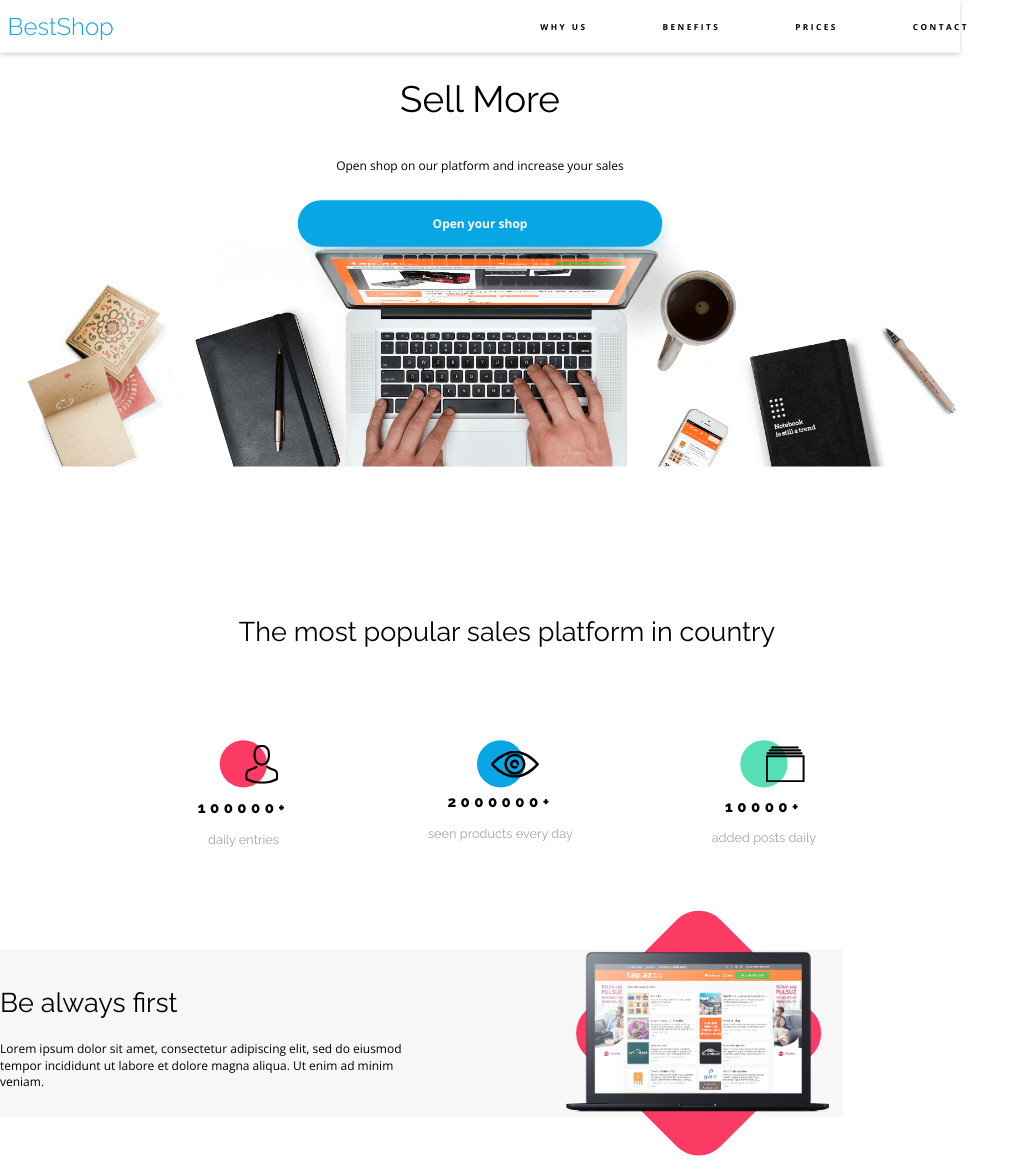
Repository: Widzisz/bestshop-website
Page: index.html
These files come from the project's save history. The page is drawn as it stood at one moment and after the next save; the edit follows.
The browser window is 1280 px wide. The page is 1352 px wide, so the pictures cover 1352 px, including what lies to the right of the window. The pictures show the whole page, at 75% of full size.

Above is the page before, as saved 2021-03-19 20:51:35.

### index.html
<!DOCTYPE html>
<html lang="en">

<head>
  <meta charset="UTF-8">
  <meta http-equiv="X-UA-Compatible" content="IE=edge">
  <meta name="viewport" content="width=device-width, initial-scale=1.0">
  <link rel="preconnect" href="https://fonts.gstatic.com">
  <link
    href="https://fonts.googleapis.com/css2?family=Open+Sans:ital,wght@0,300;0,400;0,600;0,700;0,800;1,300;1,400;1,600;1,700;1,800&family=Raleway:ital,wght@0,100;0,200;0,300;0,400;0,500;0,600;0,700;0,800;0,900;1,100;1,200;1,300;1,400;1,500;1,600;1,700;1,800;1,900&display=swap"
    rel="stylesheet">
  <title>BestShop</title>
  <link rel="stylesheet" href="css/normalize.css">
  <link rel="stylesheet" href="css/style.css">
</head>

<body>
  <div class="hero">
    <!--!!! HEADER + NAV !!!-->
    <header class="header">
      <div class="container">

        <div class="logo">
          <a href="" class="logo__title">
            BestShop
          </a>
        </div>

        <nav class="menu">
          <ul class="menu__list">
            <li><a href="">WHY US</a></li>
            <li><a href="">BENEFITS</a></li>
            <li><a href="">PRICES</a></li>
            <li><a href="">CONTACT</a></li>
          </ul>
        </nav>

      </div>
    </header>

    <!--!!! SEKCJA PIERWSZA !!!-->
    <section class="welcome">
      <div class="welcome__rows">
        <h1 class="welcome__rows-title">
          Sell More
        </h1>
        <p class="welcome__rows-text">
          Open shop on our platform and increase your sales
        </p>
        <div class="welcome__rows-btn">
          <a href="" class="welcome__rows-btn-1">
            Open your shop
          </a>
        </div>
      </div>
    </section>

    <!--!!! SEKCJA DRUGA !!!-->
    <section class="container">
      <div class="statistics">
        <h2 class="statistics__title">
          The most popular sales platform in country
        </h2>

        <div class="statistics__rows">

          <div class="statistics__rows-1">
            <div class="statistics__rows-picture">
              <div class="statistics__rows-circle-1">
              </div>
              <img src="images/person.svg" alt="" class="statistics-icon-1">
            </div>
            <p class="statistics__rows-numbers">
              100000+
            </p>
            <p class="statistics__rows-text">
              daily entries
            </p>
          </div>

          <div class="statistics__rows-2">
            <div class="statistics__rows-picture">
              <div class="statistics__rows-circle-2">
              </div>
              <img src="images/eye.svg" alt="" class="statistics-icon-2">
            </div>
            <p class="statistics__rows-numbers">
              2000000+
            </p>
            <p class="statistics__rows-text">
              seen products every day
            </p>
          </div>

          <div class="statistics__rows-3">
            <div class="statistics__rows-picture">
              <div class="statistics__rows-circle-3">
              </div>
              <img src="images/catalog.svg" alt="" class="statistics-icon-3">
            </div>
            <p class="statistics__rows-numbers">
              10000+
            </p>
            <p class="statistics__rows-text">
              added posts daily
            </p>
          </div>


        </div>
      </div>
    </section>


    <!--!!! SEKCJA TRZECIA !!!-->
    <div claa="hero-2">
<div class="pupa">
      <div class="promotion-1">

        <div class="promotion__image-1">
          <div class="promotion__picture">
            <img src="images/macbook.png" alt="" class="promotion__picture-1">
          </div>
          <div class="promotion__image-figure-1">
          </div>
        </div>
        <div class="text__rows">
          <h2 class="text__rows-title">
            Be always first
          </h2>
          <p class="text__rows-text">
            Lorem ipsum dolor sit amet, consectetur adipiscing elit, sed do eiusmod tempor incididunt ut labore et
            dolore magna aliqua. Ut enim ad minim veniam.
          </p>
          <div class="text__rows-underline-1">
          </div>
        </div>

      </div>

    </div>
  </div>

  </div>




</body>

</html>

### css/style.css
:root {
  --c-primary: #08a6e4;
  --c-primary-shadow: rgba(7, 172, 230, 0.16);
  --c-redish: #fb3b64;
  --c-green: #55dfb4;
  --c-black: #000000;
  --c-grey: #a5a5a5;
  --c-light-grey: #f7f7f7;
  --c-white: #ffffff;
  --font-open: "Open Sans", sans-serif;
  --font-raleway: "Raleway", sans-serif;
  --cursor-pointer: pointer;
}

html {
}

* {
  box-sizing: border-box;
}
body {
  margin: 0;
}

.container {
  width: 1352px;
  margin: 0 auto;
  padding-left: 10px;
  padding-right: 10px;
}

/* -------------------------------------------------------------------------
                           NAGŁÓWEK
------------------------------------------------------------------------- */
.hero {
  width: 100%;
  height: 100vh;
  background-color: var(--c-white);
}

.header {
  width: 100%;
  height: 70px;
  background-color: var(--c-white);
  box-shadow: 0px 3px 6px #00000029;
  opacity: 1;
}

.header .container {
  height: 100%;
  display: flex;
  justify-content: space-between;
  align-items: center;
}

.logo {
}

.logo__title {
  text-align: left;
  text-decoration: none;
  color: var(--c-primary);
  letter-spacing: 0px;
  opacity: 1;
  font: normal normal 300 32px/37px var(--font-raleway);
  cursor: var(--cursor-pointer);
}

.menu {
}
.menu__list {
  list-style-type: none;
  display: flex;
}
.menu__list a {
  padding: 0 50px;
  text-decoration: none;
  text-align: center;
  font: normal normal bold 11px/15px var(--font-open);
  letter-spacing: 3.28px;
  color: var(--c-black);
  opacity: 1;
  position: relative;
}

.menu__list a::before {
  content: "";
  position: absolute;
  width: 100%;
  height: 4px;
  top: 40px;
  left: 0;
  background-color: var(--c-primary);
  visibility: hidden;
  transform: scaleX(0);
  transition: all 0.3s ease-in-out 0s;
}

.menu__list a:hover::before {
  visibility: visible;
  transform: scaleX(0.5);
}

/* -------------------------------------------------------------------------
                           SEKCJA PIERWSZA
------------------------------------------------------------------------- */
.welcome {
  height: 100vh;
  background-image: url(../images/background.png);
  background-repeat: no-repeat;
  background-size: contain;
  background-position: center;
}

.welcome__rows {
  display: flex;
  justify-content: center;
  align-items: center;
  flex-direction: column;
  padding-bottom: 100px;
}

.welcome__rows-title {
  text-align: center;
  font: normal normal normal 49px/57px var(--font-raleway);
  letter-spacing: 0px;
  color: var(--c-black);
  opacity: 1;
}

.welcome__rows-text {
  text-align: center;
  font: normal normal normal 16px/22px var(--font-open);
  letter-spacing: 0px;
  color: var(--c-black);
  opacity: 1;
}

.welcome__rows-btn {
  margin-top: 20px;
  padding: 20px 180px;
  background: var(--c-primary);
  box-shadow: 5px 10px 14px #07ace629;
  border-radius: 40px;
  opacity: 1;
}

.welcome__rows-btn-1 {
  font: normal normal bold 16px/22px var(--font-open);
  text-align: center;
  letter-spacing: 0px;
  background: var(--c-primary);
  color: var(--c-white);
  text-decoration: none;
}

/* -------------------------------------------------------------------------
                           SEKCJA DRUGA
------------------------------------------------------------------------- */

.statistics {
  display: flex;
  justify-content: center;
  align-items: center;
  flex-direction: column;
}
.statistics__title {
  text-align: center;
  font: normal normal normal 36px/42px var(--font-raleway);
  letter-spacing: 0px;
  color: var(--c-black);
  opacity: 1;
  padding-bottom: 101px;
}

.statistics__rows {
  display: flex;
  justify-content: center;
  align-items: center;
  gap: 185px;
  padding-bottom: 120px;
}

.statistics__rows-picture {
  display: flex;
  justify-content: center;
  align-items: center;
}

.statistics__rows-circle-1 {
  height: 63px;
  width: 63px;
  background: var(--c-redish);
  border-radius: 50%;
  opacity: 1;
  position: absolute;
  z-index: 0;
}

.statistics__rows-circle-2 {
  height: 63px;
  width: 63px;
  background: var(--c-primary);
  border-radius: 50%;
  opacity: 1;
  position: absolute;
  z-index: 0;
}

.statistics__rows-circle-3 {
  height: 63px;
  width: 63px;
  background: var(--c-green);
  border-radius: 50%;
  opacity: 1;
  position: absolute;
  z-index: 0;
}

.statistics-icon-1 {
  position: relative;
  left: 20%;
  z-index: 1;
}

.statistics-icon-2 {
  position: relative;
  left: 10%;
  z-index: 1;
}

.statistics-icon-3 {
  position: relative;
  left: 20%;
  z-index: 1;
}

.statistics__rows-numbers {
  text-align: center;
  font: normal normal 800 20px/24px var(--font-raleway);
  letter-spacing: 5.96px;
  color: var(--c-black);
  opacity: 1;
}

.statistics__rows-text {
  text-align: center;
  font: normal normal normal 17px/20px var(--font-raleway);
  letter-spacing: 0px;
  color: var(--c-grey);
  opacity: 1;
}

/* -------------------------------------------------------------------------
                             SEKCJA TRZECIA
------------------------------------------------------------------------- */

.hero-2 {
    width: 100%;
  height: 100vh;
}

.pupa {
    width: 1124px;
    background: var(--c-light-grey);
}

.promotion-1 {
  display: flex;
  justify-content: space-between;
  align-items: center;
  flex-direction: row-reverse;
  gap: 169px;
}
.promotion__image-1 {
  display: flex;
  justify-content: center;
  align-items: center;
}
.promotion__picture {
}
.promotion__picture-1 {
  width: 386px;
  height: 219px;
  position: relative;
  z-index: 1;
}
.promotion__image-figure-1 {
  background-color: var(--c-redish);
  width: 255px;
  height: 255px;
  border-radius: 41px;
  opacity: 1;
  transform: rotate(45deg);
  position: absolute;
  z-index: 0;
}
.text__rows {
}
.text__rows-title {
  text-align: left;
  font: normal normal normal 36px/42px var(--font-raleway);
  letter-spacing: 0px;
  color: var(--c-black);
  opacity: 1;
}
.text__rows-text {
  text-align: left;
  font: normal normal normal 16px/22px var(--font-open);
  letter-spacing: 0px;
  color: var(--c-black);
  opacity: 1;
}
.text__rows-underline-1 {
}

Loaded but not shown: css/normalize.css (library)

After the next save:
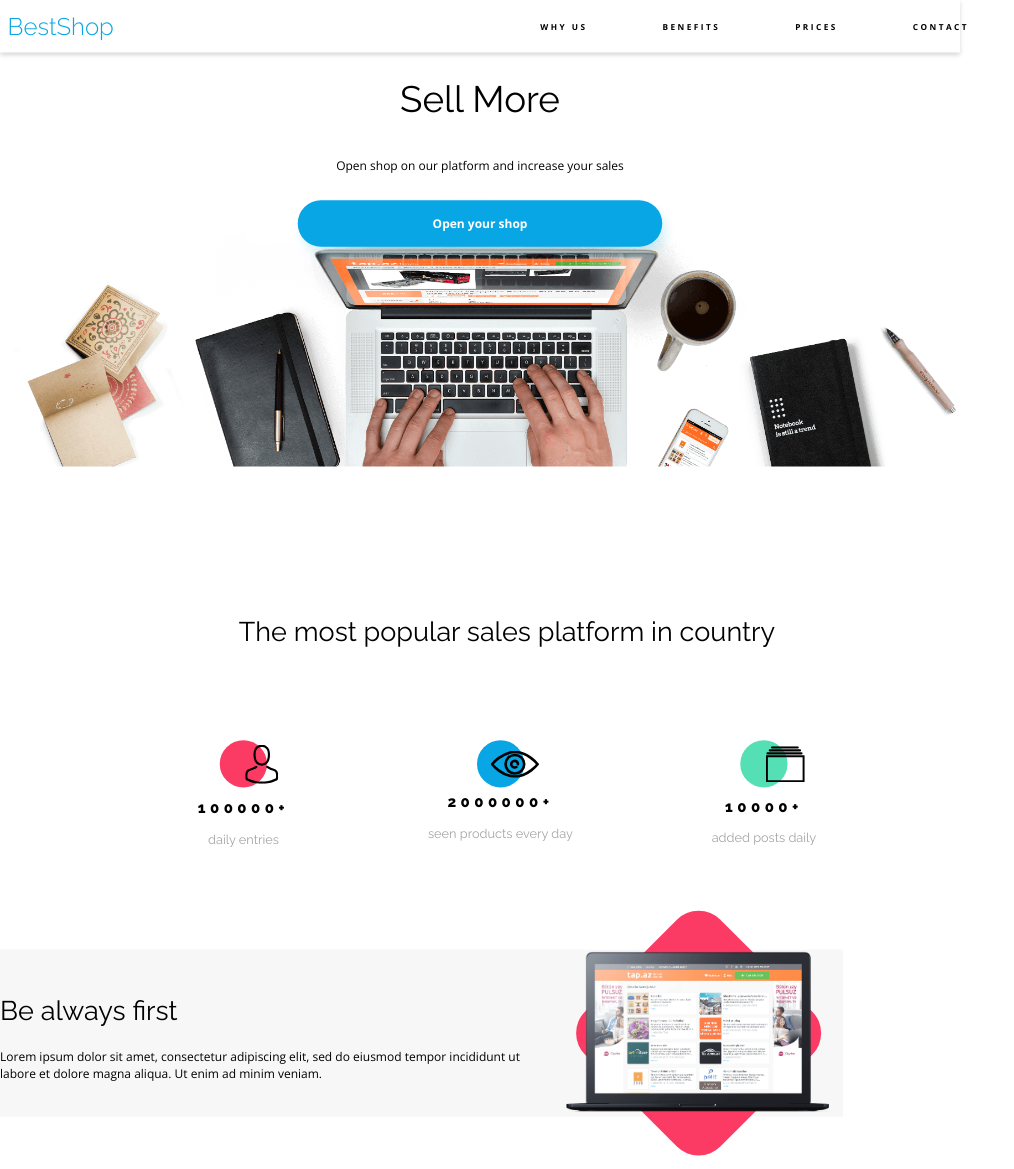
Saved 62 s later.
--- a/css/style.css
+++ b/css/style.css
@@ -270,7 +270,7 @@ body {
   justify-content: space-between;
   align-items: center;
   flex-direction: row-reverse;
-  gap: 169px;
+
 }
 .promotion__image-1 {
   display: flex;
